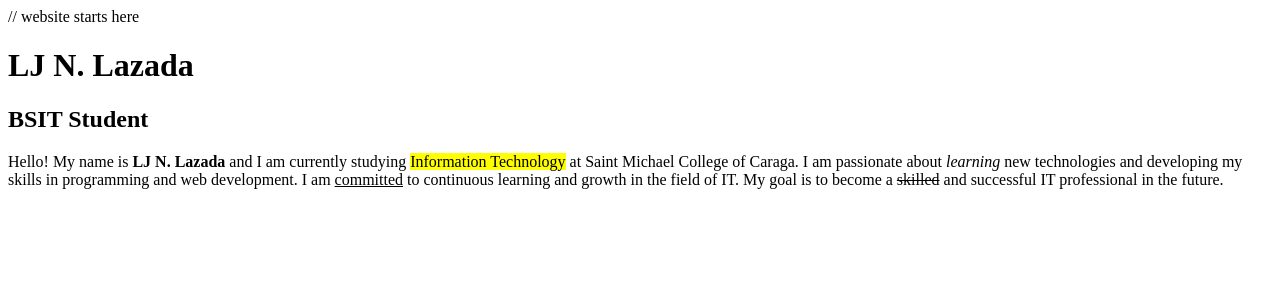
Repository: ljlazada11/myfirsthtml
Page: index.html
The author's editor kept a copy of each file at every save. The page is drawn from the files as they stood at one save, then again after the next save.
The browser window is 1280 px wide. The pictures show the whole page.

Above is the page before, as saved 2026-06-24 19:06:00.

### index.html
<!DOCTYPE html>
<html lang="en">
<head>
    <meta charset="UTF-8">
    <meta name="viewport" content="width=device-width, initial-scale=1.0">
    <title>My Personal Web Profile</title>
    <link rel="icon" type="image/x-icon" href="images.png">
    // website starts here

</head>
<body>
    <h1>LJ N. Lazada</h1>
    <h2>BSIT Student</h2>
    <p>Hello! My name is <strong>LJ N. Lazada</strong> and I am currently studying <mark>Information Technology</mark> at Saint Michael College of Caraga. I am passionate about <i>learning</i> new technologies and developing my skills in programming and web development. I am <ins>committed</ins> to continuous learning and growth in the field of IT. My goal is to become a <del>skilled</del> and successful IT professional in the future.</p>
</body>
</html>

After the next save:
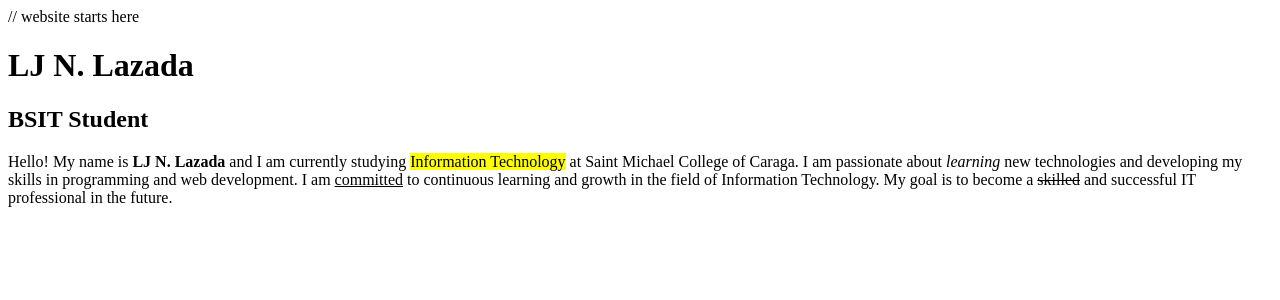
Saved 24 s later.
--- a/index.html
+++ b/index.html
@@ -11,6 +11,6 @@
 <body>
     <h1>LJ N. Lazada</h1>
     <h2>BSIT Student</h2>
-    <p>Hello! My name is <strong>LJ N. Lazada</strong> and I am currently studying <mark>Information Technology</mark> at Saint Michael College of Caraga. I am passionate about <i>learning</i> new technologies and developing my skills in programming and web development. I am <ins>committed</ins> to continuous learning and growth in the field of IT. My goal is to become a <del>skilled</del> and successful IT professional in the future.</p>
+    <p>Hello! My name is <strong>LJ N. Lazada</strong> and I am currently studying <mark>Information Technology</mark> at Saint Michael College of Caraga. I am passionate about <i>learning</i> new technologies and developing my skills in programming and web development. I am <ins>committed</ins> to continuous learning and growth in the field of Information Technology. My goal is to become a <del>skilled</del> and successful IT professional in the future.</p>
 </body>
 </html>
